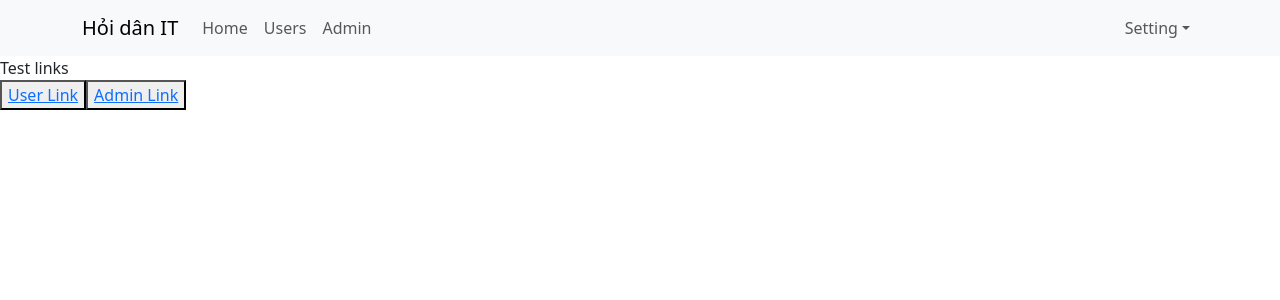
Repository: hoang0508/React-Project-hdIT
Page: /
An editor plug-in stored every save of this project. The page is shown before and after the next save, followed by the edit.
The browser window is 1280 px wide. The pictures show the whole page.
The project was rebuilt for these pictures with package versions that can differ from the ones it lists, and the page was loaded fresh each time. Also part of the build but not shown: src/App.scss, src/components/User/User.js, src/components/Admin/Admin.js.

Above is the page before, as saved 2022-08-26 16:09:53.

### src/index.js
import React from "react";
import { createRoot } from "react-dom/client";
import App from "./App";
import reportWebVitals from "./reportWebVitals";
import "./index.scss";
import "bootstrap/dist/css/bootstrap.min.css";
import { BrowserRouter, Routes, Route } from "react-router-dom";
import User from "./components/User/User";
import Admin from "./components/Admin/Admin";
const container = document.getElementById("root");
const root = createRoot(container);

root.render(
  <React.StrictMode>
    {/* <Provider store={store}> */}
    <BrowserRouter>
      <Routes>
        <Route path="/" element={<App />}>
          <Route path="/users" element={<User />} />
          <Route path="/admin" element={<Admin />} />
        </Route>
      </Routes>
    </BrowserRouter>
    {/* </Provider> */}
  </React.StrictMode>
);

// If you want to start measuring performance in your app, pass a function
// to log results (for example: reportWebVitals(console.log))
// or send to an analytics endpoint. Learn more: https://bit.ly/CRA-vitals
reportWebVitals();

### src/App.js
import React from "react";
import "./App.scss";
import Header from "./components/Header/Header";
import { Link } from "react-router-dom";
function App() {
  return (
    <div className="App">
      <Header />
      <div>Test links</div>
      <div>
        <button>
          <Link to="/users">User Link</Link>
        </button>
        <button>
          <Link to="/admin">Admin Link</Link>
        </button>
      </div>
    </div>
  );
}

export default App;

### src/components/Header/Header.js
import Container from "react-bootstrap/Container";
import Nav from "react-bootstrap/Nav";
import Navbar from "react-bootstrap/Navbar";
import NavDropdown from "react-bootstrap/NavDropdown";

import React from "react";
import { Link } from "react-router-dom";

const Header = () => {
  return (
    <Navbar bg="light" expand="lg">
      <Container>
        <Navbar.Brand href="#home">Hỏi dân IT</Navbar.Brand>
        <Navbar.Toggle aria-controls="basic-navbar-nav" />
        <Navbar.Collapse id="basic-navbar-nav">
          <Nav className="me-auto">
            <Link to="/" className="nav-link">
              Home
            </Link>
            <Link to="/users" className="nav-link">
              Users
            </Link>
            <Link to="/admin" className="nav-link">
              Admin
            </Link>
          </Nav>
          <Nav>
            <NavDropdown title="Setting" id="basic-nav-dropdown">
              <NavDropdown.Item href="#action/3.1">Log in</NavDropdown.Item>
              <NavDropdown.Item href="#action/3.2">Log out</NavDropdown.Item>
              <NavDropdown.Item href="#action/3.2">Profile</NavDropdown.Item>
            </NavDropdown>
          </Nav>
        </Navbar.Collapse>
      </Container>
    </Navbar>
  );
};

export default Header;

Loaded but not shown: public/index.html (common file); src/reportWebVitals.js (common file); src/index.scss (common file)

After the next save:
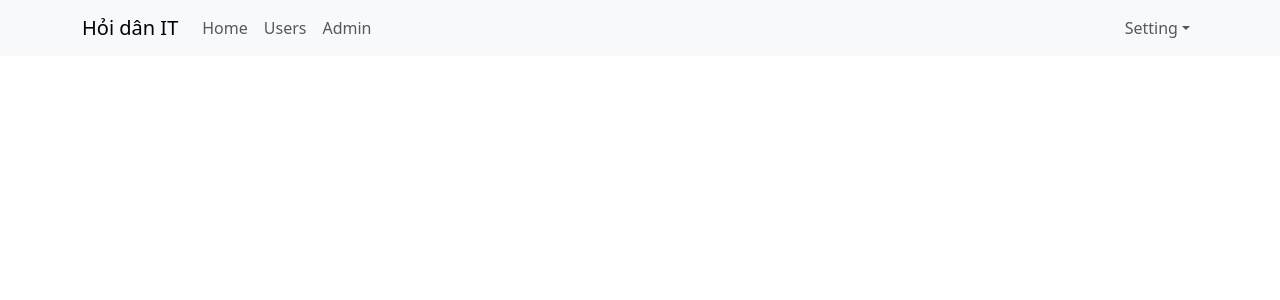
Saved 3 min 3 s later.
--- a/src/App.js
+++ b/src/App.js
@@ -1,19 +1,15 @@
 import React from "react";
 import "./App.scss";
 import Header from "./components/Header/Header";
-import { Link } from "react-router-dom";
 function App() {
   return (
     <div className="App">
-      <Header />
-      <div>Test links</div>
-      <div>
-        <button>
-          <Link to="/users">User Link</Link>
-        </button>
-        <button>
-          <Link to="/admin">Admin Link</Link>
-        </button>
+      <div className="header-container">
+        <Header />
+      </div>
+      <div className="main-container">
+        <div className="sidenav-container"></div>
+        <div className="app-content"></div>
       </div>
     </div>
   );
